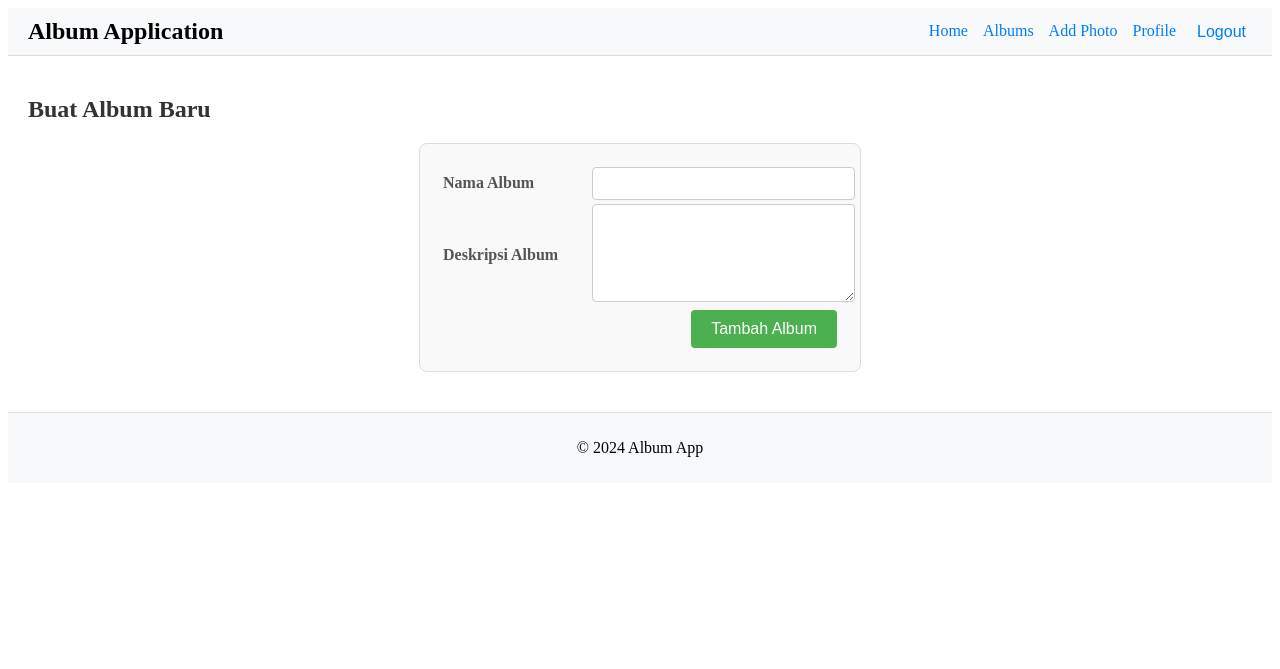
Repository: daffa-alif/snapgram
Page: http://localhost/albums/create
The author's editor kept a copy of each file at every save. The page is drawn from the files as they stood at one save, then again after the next save.
The browser window is 1280 px wide. The pictures show the whole page.
The page is served by the project's Laravel application, run on PHP 8.4 with Laravel 12. A made-up administrator, Test User (test@example.com), is signed in. Other server files are loaded and not shown.

Above is the page before, as saved 2024-10-29 13:48:18.

### routes/web.php
<?php

use Illuminate\Support\Facades\Route;
use App\Http\Controllers\{
    AuthController,
    HomeController,
    AlbumController,
    PhotoController,
    ProfileController,
};

// Redirect root URL to login
Route::redirect('/', '/auth/login');

// Authentication routes
Route::controller(AuthController::class)->group(function () {

    Route::get('auth/login', 'showLoginForm')->name('login')->middleware('guest');
    Route::post('auth/postLogin', 'postLogin')->name('postLogin');
    Route::post('logout', 'logout')->name('logout');
    Route::get('auth/register', 'showRegistrationForm')->name('register.form');
    Route::post('auth/register', 'register')->name('register');

   // Routes that require authentication
Route::middleware('auth')->group(function () {
    // Home route
    Route::get('/home', [HomeController::class, 'index'])->name('home');
    // Album resource routes
    Route::resource('albums', AlbumController::class);
    // Photo routes
    Route::resource('photos', PhotoController::class);
    Route::get('/albums/{album}/photos', [PhotoController::class, 'index'])
        ->name('albums.photos');
    Route::post('photos/{photo}/like/', [PhotoController::class, 'like'])
        ->name('photos.like');
    Route::get('/photos/{photo}/comments', [PhotoController::class, 'showComments'])
        ->name('photos.comments');
    Route::post('/photos/{photo}/comments', [PhotoController::class, 'storeComment'])
        ->name('photos.comment.store');

        Route::get('/profile', [ProfileController::class, 'index'])->name('profile.index');
        Route::put('/profile', [ProfileController::class, 'update'])->name('profile.update');
    });
});

### app/Models/User.php
<?php

namespace App\Models;

// use Illuminate\Contracts\Auth\MustVerifyEmail;
use Illuminate\Database\Eloquent\Factories\HasFactory;
use Illuminate\Foundation\Auth\User as Authenticatable;
use Illuminate\Notifications\Notifiable;

class User extends Authenticatable
{
    use HasFactory, Notifiable;

    /**
     * The attributes that are mass assignable.
     *
     * @var array<int, string>
     */
    protected $fillable = [
        'username',
        'email',
        'password',
        'namaLengkap',
        'alamat',
    ];

    protected $primaryKey = 'userID';
    /**
     * The attributes that should be hidden for serialization.
     *
     * @var array<int, string>
     */
    protected $hidden = [
        'password',
        'remember_token',
    ];

    /**
     * Get the attributes that should be cast.
     *
     * @return array<string, string>
     */
    protected function casts(): array
    {
        return [
            'email_verified_at' => 'datetime',
            'password' => 'hashed',
        ];
    }
}

### app/Http/Controllers/AlbumController.php
<?php

namespace App\Http\Controllers;

use Illuminate\Http\Request;
use App\Models\Album; // Import the Album model
use Illuminate\Support\Facades\Auth; // Import the Auth facade

class AlbumController extends Controller
{
    /**
     * Display a listing of the resource.
     */
    public function index()
    {
        // Fetch albums created by the authenticated user
        $albums = Album::where('userID', Auth::id())->get();
        return view('albums.index', compact('albums'));
    }

    /**
     * Show the form for creating a new resource.
     */
    public function create()
    {
        return view('albums.create');
    }

    /**
     * Store a newly created resource in storage.
     */
    public function store(Request $request)
    {
        // Validate the request data
        $request->validate([
            'namaAlbum' => 'required|max:255',
            'deskripsi' => 'required|max:150',
        ]);

        // Create a new album associated with the authenticated user
        Album::create([
            'namaAlbum' => $request->input('namaAlbum'),
            'deskripsi' => $request->input('deskripsi'),
            'tanggalDibuat' => now(),
            'userID' => Auth::id(),
        ]);

        // Redirect back to the album list with a success message
        return redirect()->route('albums.index')->with('success', 'Album created successfully.');
    }

    /**
     * Display the specified resource.
     */
    public function show($id)
    {
        // Find the album by ID and ensure it belongs to the current user
        $album = Album::where('userID', Auth::id())->findOrFail($id);
        return view('albums.show', compact('album'));
    }

    /**
     * Show the form for editing the specified resource.
     */
    public function edit($id)
    {
        // Find the album by ID and ensure it belongs to the current user
        $album = Album::where('userID', Auth::id())->findOrFail($id);
        return view('albums.edit', compact('album'));
    }

    /**
     * Update the specified resource in storage.
     */
    public function update(Request $request, $id)
    {
        // Validate the updated album data
        $request->validate([
            'namaAlbum' => 'required|max:255',
            'deskripsi' => 'required|max:150',
        ]);

        // Find the album and ensure it belongs to the current user
        $album = Album::where('userID', Auth::id())->findOrFail($id);

        // Update the album with new data
        $album->update([
            'namaAlbum' => $request->input('namaAlbum'),
            'deskripsi' => $request->input('deskripsi'),
        ]);

        // Redirect back to the album list with a success message
        return redirect()->route('albums.index')->with('success', 'Album updated successfully.');
    }

    /**
     * Remove the specified resource from storage.
     */
    public function destroy($id)
    {
        // Find the album and ensure it belongs to the current user
        $album = Album::where('userID', Auth::id())->findOrFail($id);

        // Delete the album
        $album->delete();

        // Redirect back to the album list with a success message
        return redirect()->route('albums.index')->with('success', 'Album deleted successfully.');
    }
}

### resources/views/albums/create.blade.php
@extends('layouts.app')

@section('title', 'Create Album')

@section('content')

    <h2 style="font-size: 24px; margin-bottom: 20px; color: #333;">Buat Album Baru</h2>

    <form action="{{ route('albums.store') }}" method="POST" style="max-width: 400px; margin: auto; padding: 20px; border: 1px solid #ddd; border-radius: 8px; background-color: #f9f9f9;">
        @csrf
        <table style="width: 100%;">
            <tr>
                <td><label for="namaAlbum" style="font-weight: bold; color: #555;">Nama Album</label></td>
                <td><input type="text" name="namaAlbum" required style="width: 100%; padding: 8px; border: 1px solid #ccc; border-radius: 4px;"></td>
            </tr>
            <tr>
                <td><label for="deskripsi" style="font-weight: bold; color: #555;">Deskripsi Album</label></td>
                <td><textarea name="deskripsi" required maxlength="150" style="width: 100%; padding: 8px; border: 1px solid #ccc; border-radius: 4px; resize: vertical; height: 80px;"></textarea></td>
            </tr>
            <tr>
                <td colspan="2" style="text-align: right;">
                    <button type="submit" style="background-color: #4CAF50; color: white; padding: 10px 20px; border: none; border-radius: 4px; cursor: pointer; font-size: 16px;">Tambah Album</button>
                </td>
            </tr>
        </table>
    </form>

@endsection

### resources/views/layouts/app.blade.php
<!DOCTYPE html>
<html lang="en">
<head>
    <meta charset="UTF-8">
    <meta name="viewport" content="width=device-width, initial-scale=1.0">
    <meta http-equiv="X-UA-Compatible" content="ie=edge">
    <title>@yield('title', 'Album App')</title>
    <style>
        /* Basic Flexbox Styles for Navbar */
        header {
            display: flex;
            justify-content: space-between;
            align-items: center;
            padding: 10px 20px;
            background-color: #f8f9fa;
            border-bottom: 1px solid #ddd;
        }

        header h1 {
            margin: 0;
            font-size: 24px;
        }

        nav ul {
            list-style: none;
            display: flex;
            gap: 15px;
            margin: 0;
            padding: 0;
        }

        nav ul li {
            margin: 0;
        }

        nav ul li a,
        nav ul li form button {
            text-decoration: none;
            color: #007BFF;
            background: none;
            border: none;
            cursor: pointer;
            font-size: 16px;
        }

        nav ul li form button:hover,
        nav ul li a:hover {
            text-decoration: underline;
        }

        main {
            padding: 20px;
        }

        footer {
            text-align: center;
            padding: 10px;
            background-color: #f8f9fa;
            border-top: 1px solid #ddd;
            margin-top: 20px;
        }
    </style>
</head>
<body>

    <!-- Header -->
    <header>
        <h1>Album Application</h1>
        @section('header')
            <nav>
                <ul>
                    <li><a href="{{ route('home') }}">Home</a></li>
                    <li><a href="{{ route('albums.index') }}">Albums</a></li>
                    <li><a href="{{ route('photos.create') }}">Add Photo</a></li>
                    <li><a href="{{ route('profile.index') }}">Profile</a></li>
                    <li>
                        <form action="{{ route('logout') }}" method="POST">
                            @csrf
                            <button type="submit">Logout</button>
                        </form>
                    </li>
                </ul>
            </nav>
        @show
    </header>

    <!-- Content Section -->
    <main>
        @yield('content')
    </main>

    <!-- Footer -->
    <footer>
        @section('footer')
            <p>&copy; 2024 Album App</p>
        @show
    </footer>

</body>
</html>

Loaded but not shown: app/Http/Controllers/Controller.php (common file)

After the next save:
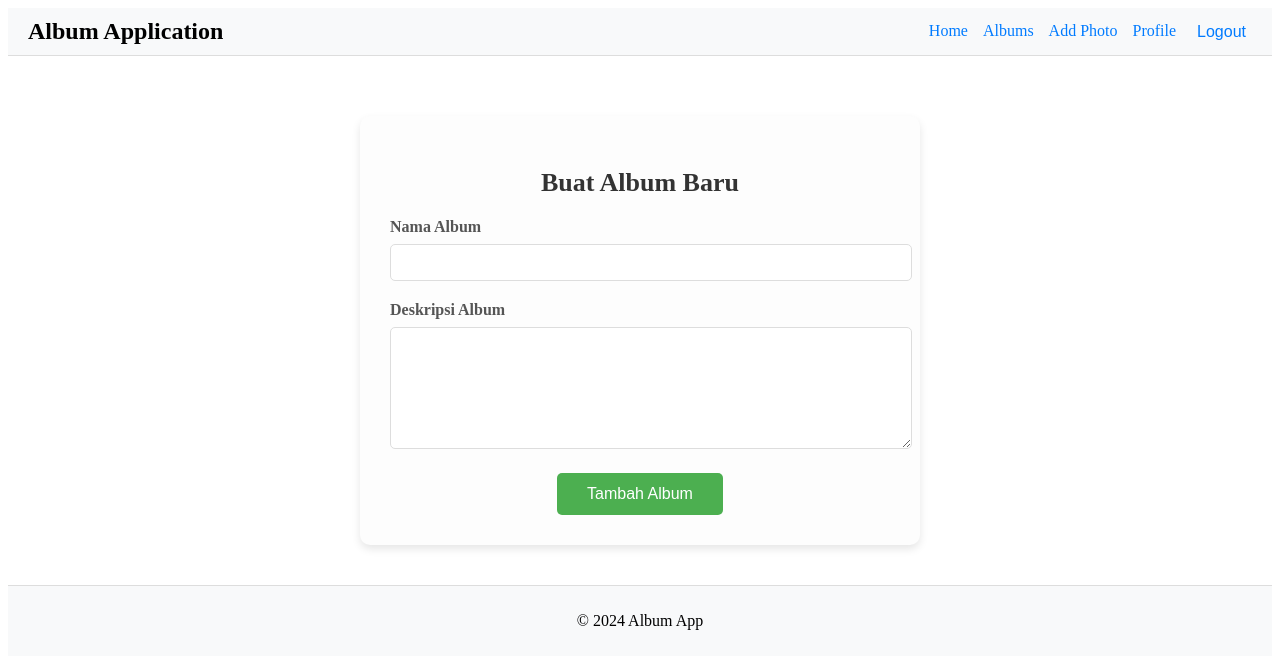
Saved 53 s later.
--- a/resources/views/albums/create.blade.php
+++ b/resources/views/albums/create.blade.php
@@ -4,25 +4,28 @@
 
 @section('content')
 
-    <h2 style="font-size: 24px; margin-bottom: 20px; color: #333;">Buat Album Baru</h2>
+    <div style="display: flex; justify-content: center; margin-top: 40px;">
+        <div style="width: 100%; max-width: 500px; background-color: #fdfdfd; padding: 30px; border-radius: 10px; box-shadow: 0 4px 8px rgba(0, 0, 0, 0.1);">
+            <h2 style="font-size: 26px; margin-bottom: 20px; text-align: center; color: #333;">Buat Album Baru</h2>
 
-    <form action="{{ route('albums.store') }}" method="POST" style="max-width: 400px; margin: auto; padding: 20px; border: 1px solid #ddd; border-radius: 8px; background-color: #f9f9f9;">
-        @csrf
-        <table style="width: 100%;">
-            <tr>
-                <td><label for="namaAlbum" style="font-weight: bold; color: #555;">Nama Album</label></td>
-                <td><input type="text" name="namaAlbum" required style="width: 100%; padding: 8px; border: 1px solid #ccc; border-radius: 4px;"></td>
-            </tr>
-            <tr>
-                <td><label for="deskripsi" style="font-weight: bold; color: #555;">Deskripsi Album</label></td>
-                <td><textarea name="deskripsi" required maxlength="150" style="width: 100%; padding: 8px; border: 1px solid #ccc; border-radius: 4px; resize: vertical; height: 80px;"></textarea></td>
-            </tr>
-            <tr>
-                <td colspan="2" style="text-align: right;">
-                    <button type="submit" style="background-color: #4CAF50; color: white; padding: 10px 20px; border: none; border-radius: 4px; cursor: pointer; font-size: 16px;">Tambah Album</button>
-                </td>
-            </tr>
-        </table>
-    </form>
+            <form action="{{ route('albums.store') }}" method="POST">
+                @csrf
+
+                <div style="margin-bottom: 20px;">
+                    <label for="namaAlbum" style="display: block; font-weight: 600; margin-bottom: 8px; color: #555;">Nama Album</label>
+                    <input type="text" name="namaAlbum" required style="width: 100%; padding: 10px; border: 1px solid #ddd; border-radius: 5px;">
+                </div>
+
+                <div style="margin-bottom: 20px;">
+                    <label for="deskripsi" style="display: block; font-weight: 600; margin-bottom: 8px; color: #555;">Deskripsi Album</label>
+                    <textarea name="deskripsi" required maxlength="150" style="width: 100%; padding: 10px; border: 1px solid #ddd; border-radius: 5px; height: 100px; resize: vertical;"></textarea>
+                </div>
+
+                <div style="text-align: center;">
+                    <button type="submit" style="background-color: #4CAF50; color: white; padding: 12px 30px; border: none; border-radius: 5px; font-size: 16px; cursor: pointer;">Tambah Album</button>
+                </div>
+            </form>
+        </div>
+    </div>
 
 @endsection
